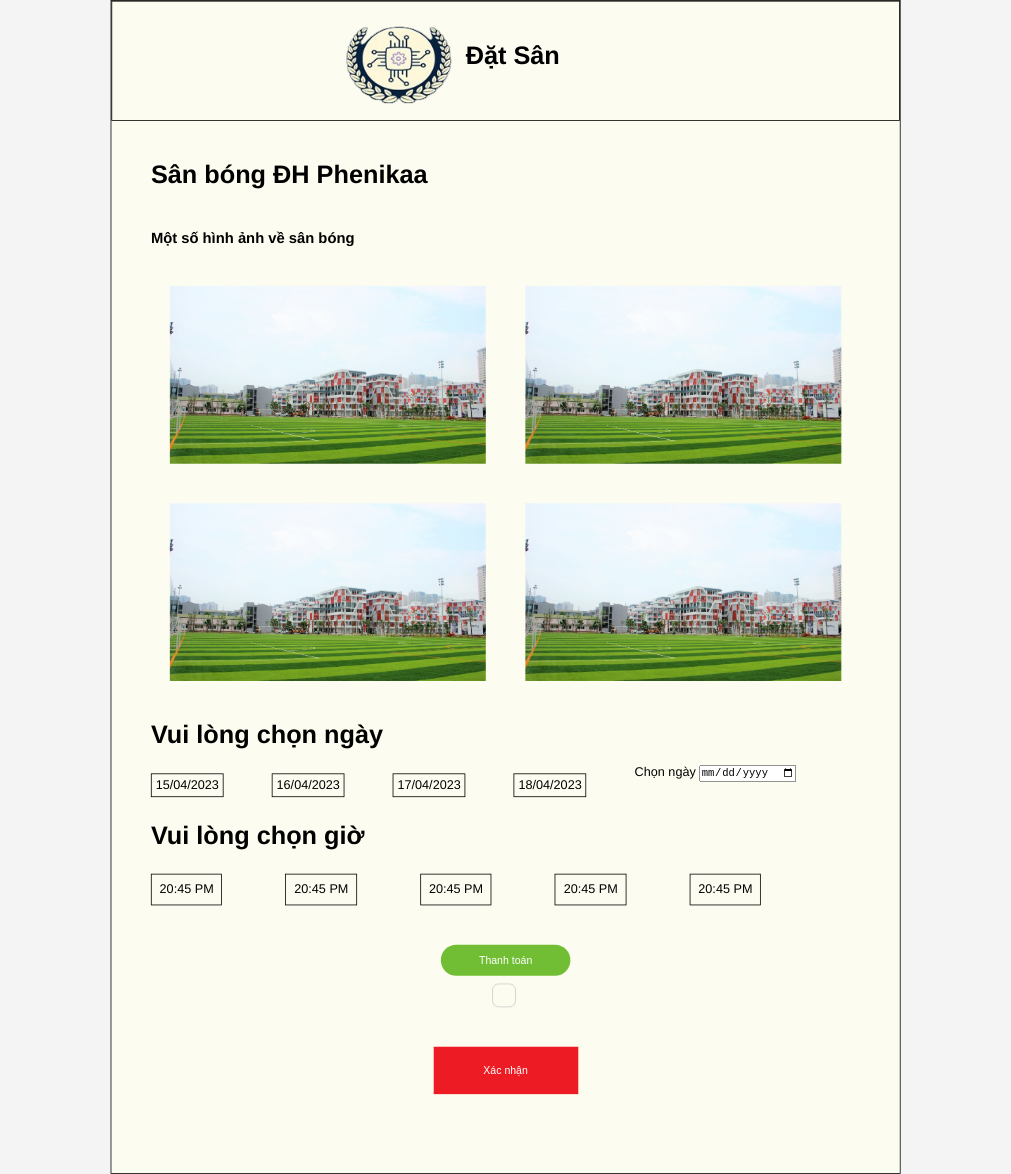
Repository: tus3300/BTL
Page: code/tacket.html
These files come from the project's save history. The page is drawn as it stood at one moment and after a run of saves; the edit follows.
The browser window is 1280 px wide. The pictures show the whole page, at 79% of full size.
The pointer rests on the first visible `.check-ticket button`.

Above is the page before, as saved 2023-05-21 00:24:41.

### code/tacket.html
<div class="tacket">

    <link href="https://cdnjs.cloudflare.com/ajax/libs/font-awesome/5.15.0/css/all.min.css" rel="stylesheet">
    <link href="lib/owlcarousel/assets/owl.carousel.min.css" rel="stylesheet">
    <link rel="stylesheet" href="css/test.css">
    <link rel="preconnect" href="https://fonts.gstatic.com">
    <link href="https://fonts.googleapis.com/css2?family=Roboto:wght@300;400;500;700;900&display=swap" rel="stylesheet">
    <div class="head-tacket">
        <img src="./img/logo.png" alt="" class="">
        <h1 class="">Đặt Sân</h1>
    </div>
    <div class="main-tacket">
      <div id="toast"></div>
        <div class="head-main-tacket">
            <h1 class="">Sân bóng ĐH Phenikaa</h1>
            <h3 class="">Một số hình ảnh về sân bóng</h3>
            <div class="main-tacket-img">
                <img src="./img/news-500x280-4.jpg" alt="" class="">
                <img src="./img/news-500x280-4.jpg" alt="" class="">
                <img src="./img/news-500x280-4.jpg" alt="" class="">
                <img src="./img/news-500x280-4.jpg" alt="" class="">
            </div>
        </div>
        <div class="main-main-tacket">
            <div class="day-main-ticket">
                <h1 class="h1-main-tacket">Vui lòng chọn ngày</h1>
                <div class="round-ul">
                    <ul class="ul-day-tacket">
                        <li class="li-tacket">
                            <div class="item-tacket">
                                15/04/2023
                            </div>
                        </li>
                        <li class="li-tacket">
                            <div class="item-tacket">
                                16/04/2023
                            </div>
                        </li>
                        <li class="li-tacket">
                            <div class="item-tacket">
                                17/04/2023
                            </div>
                        </li>
                        <li class="li-tacket">
                            <div class="item-tacket">
                                18/04/2023
                            </div>
                        </li>

                        <div class="datepicker">
                            <label for="dateofbirth">Chọn ngày</label>
                            <input type="date" name="dateofbirth" id="dateofbirth">
                        </div>
                    </ul>
                </div>
            </div>

            <div class="hour-main-ticket">
                <h1 class="h1-main-tacket">Vui lòng chọn giờ</h1>
                <ul class="ul-hour-ticket">
                    <li class="li-hour-ticket">
                        <div class="hour-ticket">20:45 PM</div>
                    </li>
                    <li class="li-hour-ticket">
                        <div class="hour-ticket">20:45 PM</div>
                    </li>
                    <li class="li-hour-ticket">
                        <div class="hour-ticket">20:45 PM</div>
                    </li>
                    <li class="li-hour-ticket">
                        <div class="hour-ticket">20:45 PM</div>
                    </li>
                    <li class="li-hour-ticket">
                        <div class="hour-ticket">20:45 PM</div>
                    </li>
                </ul>
            </div>
        </div>
    </div>

    <div class="foot-ticket">
        <div class="bill-ticket">
           <div onclick="showSuccessToast();" class="btn btn--success"><button>Thanh toán</button></div>
        </div>
        <div class="check-bill">
            <style>
              .checkbox-style {
                display: inline-flex;
                align-items: center;
                gap: 10px;
                cursor: pointer;
                display: flex;
                justify-content: center;
                align-items: center;
                margin-top: 10px;
                margin-left: 5px;
              }
              .checkbox-label {
                cursor: pointer;
              }
              .checkbox-style input {
                display: none;
              }
              .checkbox-box {
                width: 30px;
                height: 30px;
                border: 1px solid #ccc;
                border-radius: 8px;
                padding: 5px;
                color: transparent;
                transition: all 0.2s linear;
              }
              .checkbox-input:checked + .checkbox-box {
                background-color: #6a5af9;
                border-color: #6a5af9;
                color: white;
              }
            </style>
            <label for="checkbox" class="checkbox-style">
              <input
                type="checkbox"
                name="evondev"
                id="checkbox"
                class="checkbox-input"
              />
              <div class="checkbox-box">
                <svg
                  xmlns="http://www.w3.org/2000/svg"
                  class="h-5 w-5"
                  viewBox="0 0 20 20"
                  fill="currentColor"
                >
                  <path
                    fill-rule="evenodd"
                    d="M16.707 5.293a1 1 0 010 1.414l-8 8a1 1 0 01-1.414 0l-4-4a1 1 0 011.414-1.414L8 12.586l7.293-7.293a1 1 0 011.414 0z"
                    clip-rule="evenodd"
                  />
                </svg>
              </div>
              <label for="checkbox" class="checkbox-label"></label>
            </label>
        </div>
        <div class="check-ticket">
          <a href="" class=""><button>Xác nhận</button></a>
        </div>
    </div>


  <script src="js/test.js"></script>
</div>
<script src="js/date.js"></script>

### code/css/test.css
* {
  padding: 0;
  margin: 0;
  box-sizing: border-box;
}

body {
  height: 100vh;
  display: flex;
  flex-direction: column;
  font-family: "Helvetica Neue";
  background-color: #f4f4f5;
}

body > div {
  margin: auto;
}

/* ======= Buttons ======== */

/* Block */
.btn {
  display: inline-block;
  text-decoration: none;
  background-color: transparent;
  border: none;
  outline: none;
  color: #fff;
  padding: 12px 48px;
  border-radius: 50px;
  cursor: pointer;
  min-width: 120px;
  transition: opacity 0.2s ease;
}

/* Modifier */
.btn--size-l {
  padding: 16px 56px;
}

.btn--size-s {
  padding: 8px 32px;
}

.btn:hover {
  opacity: 0.8;
}

.btn + .btn {
  margin-left: 16px;
}

.btn--success {
  background-color: #71be34;
}

.btn--warn {
  background-color: #ffb702;
}

.btn--danger {
  background-color: #ff623d;
}

.btn--disabled {
  opacity: 0.5 !important;
  cursor: default;
}

/* ======= Toast message ======== */

#toast {
  position: fixed;
  top: 32px;
  right: 32px;
  z-index: 999999;
}

.toast {
  display: flex;
  align-items: center;
  background-color: #fff;
  border-radius: 2px;
  padding: 20px 0;
  min-width: 400px;
  max-width: 450px;
  border-left: 4px solid;
  box-shadow: 0 5px 8px rgba(0, 0, 0, 0.08);
  transition: all linear 0.3s;
}

@keyframes slideInLeft {
  from {
    opacity: 0;
    transform: translateX(calc(100% + 32px));
  }
  to {
    opacity: 1;
    transform: translateX(0);
  }
}

@keyframes fadeOut {
  to {
    opacity: 0;
  }
}

.toast--success {
  border-color: #47d864;
}

.toast--success .toast__icon {
  color: #47d864;
}

.toast--info {
  border-color: #2f86eb;
}

.toast--info .toast__icon {
  color: #2f86eb;
}

.toast--warning {
  border-color: #ffc021;
}

.toast--warning .toast__icon {
  color: #ffc021;
}

.toast--error {
  border-color: #ff623d;
}

.toast--error .toast__icon {
  color: #ff623d;
}

.toast + .toast {
  margin-top: 24px;
}

.toast__icon {
  font-size: 24px;
}

.toast__icon,
.toast__close {
  padding: 0 16px;
}

.toast__body {
  flex-grow: 1;
}

.toast__title {
  font-size: 16px;
  font-weight: 600;
  color: #333;
}

.toast__msg {
  font-size: 14px;
  color: #888;
  margin-top: 6px;
  line-height: 1.5;
}

.toast__close {
  font-size: 20px;
  color: rgba(0, 0, 0, 0.3);
  cursor: pointer;
}
.tacket {
  border:#000 solid 1px;
  width: 1000px;
  height: auto;
  margin: 0 auto;
  background: #fdfcf0;


}
.head-tacket{
  text-align: center;
  display: flex;
  justify-content: center;
  padding-right: 150px;
  border: #000 solid 1px;
}
.head-tacket h1 {
  justify-content: center;
  margin-top: 50px;
}

.main-tacket{
  margin-left: 50px;
}
.head-main-tacket  {
  margin-top: 50px;
}
.head-main-tacket h4{
  font: 1em sans-serif;
}
.head-main-tacket h3{
  margin-top: 50px;
}
.main-tacket-img {
  display: flex;
  flex-wrap: wrap;
  justify-content: center;
  align-items: center;
  margin-bottom: 50px;
}
.main-tacket-img img{
  width: 400px;
  display: flex;
  margin-top: 50px;
  margin-right: 50px;
}
.ul-day-tacket{
  display: flex;
  align-items: center;
}
.li-tacket{
  margin-right: 50px;
  list-style: none;
  float: left;
}
.round-ul {
  margin-top: 30px;
  margin-bottom: 30px;
}
.item-tacket{
  display:block;
  border: 1px solid #000;
  padding:5px;
  margin-right: 11px;
  z-index: 2;
}
.item-tacket:hover,
.hour-ticket:hover{
  background-color: #ED1C24;
  color:#fff;
  cursor: pointer;
}
.item-tacket.active,
.hour-ticket.active{
  background-color: #ED1C24;
  color:#fff;
}
.datepicker{
  margin-top: -30px;
  margin-right: 20px;
}
.ul-hour-ticket{
  display:flex;
  margin-top: 30px;
}
.li-hour-ticket {
  display: flex;
  justify-content: center;
  align-items: center;
  margin-right: 80px;

  border: 1px solid #000;
}
.hour-ticket{
  padding: 10px;
}
.li-hour-ticket:hover {
  background-color: #ED1C24;
  text-decoration: none;
  color:#fff;
}
.bill-ticket{
  display:flex;
  justify-content: center;
  align-items: center;
  margin-top: 50px;
}
.bill-ticket button{
  background-color: #71be34;
  border:none;
  color:white;
}

.check-ticket button{
  border: 1px solid #000;
  background-color: #71be34;
  border:none;
  color:white;

}
.check-ticket{
  display:flex;
  justify-content: center;
  align-items: center;
  margin-top: 50px;
  margin-bottom: 100px;

}
.check-ticket button:hover {
  background-color: #ED1C24;
  text-decoration: none;
  color:#fff;
}
.check-ticket button{
  width: 183px;
  height: 60px;
}

### code/js/test.js

  // Toast function
function toast({ title = "", message = "", type = "info", duration = 5000 }) {
  const main = document.getElementById("toast");
  if (main) {
    const toast = document.createElement("div");

    // Auto remove toast
    const autoRemoveId = setTimeout(function () {
      main.removeChild(toast);
    }, duration + 2000);

    // Remove toast when clicked
    toast.onclick = function (e) {
      if (e.target.closest(".toast__close")) {
        main.removeChild(toast);
        clearTimeout(autoRemoveId);
      }
    };

    const icons = {
      success: "fas fa-check-circle",
      info: "fas fa-info-circle",
      warning: "fas fa-exclamation-circle",
      error: "fas fa-exclamation-circle"
    };
    const icon = icons[type];
    const delay = (duration / 1000).toFixed(2);

    toast.classList.add("toast", `toast--${type}`);
    toast.style.animation = `slideInLeft ease .3s, fadeOut linear 1s ${delay}s forwards`;

    toast.innerHTML = `
                    <div class="toast__icon">
                        <i class="${icon}"></i>
                    </div>
                    <div class="toast__body">
                        <h3 class="toast__title">${title}</h3>
                        <p class="toast__msg">${message}</p>
                    </div>
                    <div class="toast__close">
                        <i class="fas fa-times"></i>
                    </div>
                `;
    main.appendChild(toast);
  }
}
function showSuccessToast() {
  toast({
    title: "Thành công!",
    message: "Bạn đã đăng ký thành công tài khoản tại F8.",
    type: "success",
    duration: 5000
  });
}

function showErrorToast() {
  toast({
    title: "Thất bại!",
    message: "Có lỗi xảy ra, vui lòng liên hệ quản trị viên.",
    type: "error",
    duration: 5000
  });
}

### code/js/date.js
const itemTacket = document.querySelectorAll('.item-tacket');

itemTacket.forEach((item) => {
    item.addEventListener("click" ,function(event){
        itemTacket.forEach((el) => el.classList.remove('active'));
        event.target.classList.add('active')
    })
})


const hourticket = document.querySelectorAll('.hour-ticket');

hourticket.forEach((item) => {
    item.addEventListener("click" ,function(event){
        hourticket.forEach((el) => el.classList.remove('active'));
        event.target.classList.add('active')
    })
})

Loaded but not shown: code/lib/owlcarousel/assets/owl.carousel.min.css (common file)

After the next 2 saves:
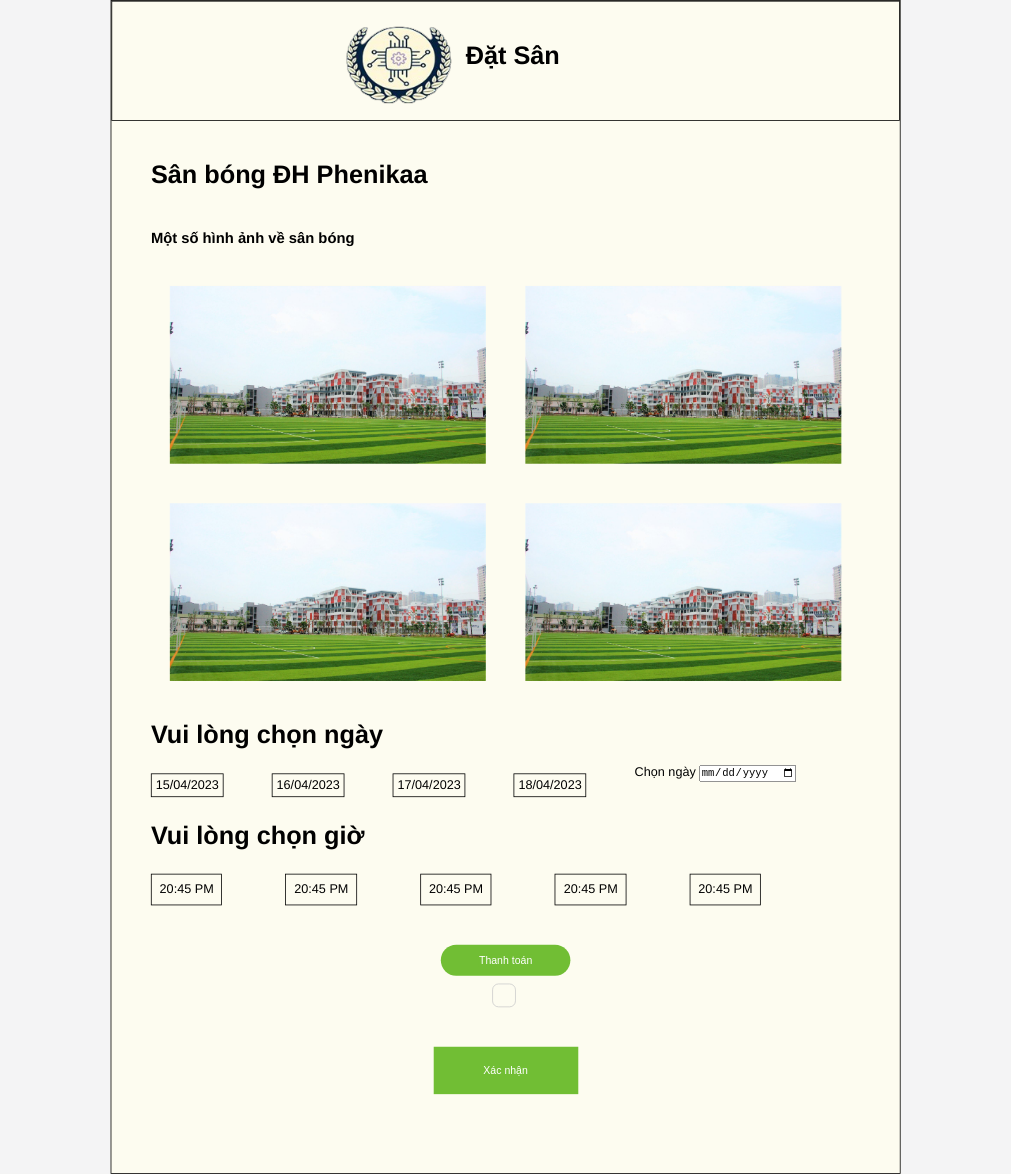
The 2 saves are shown as one change because they came seconds apart.
The last was saved 13 s later.
--- a/code/css/test.css
+++ b/code/css/test.css
@@ -301,11 +301,8 @@
   margin-bottom: 100px;
 
 }
-.check-ticket button:hover {
-  background-color: #ED1C24;
-  text-decoration: none;
-  color:#fff;
-}
+
+
 .check-ticket button{
   width: 183px;
   height: 60px;

After the save that followed:
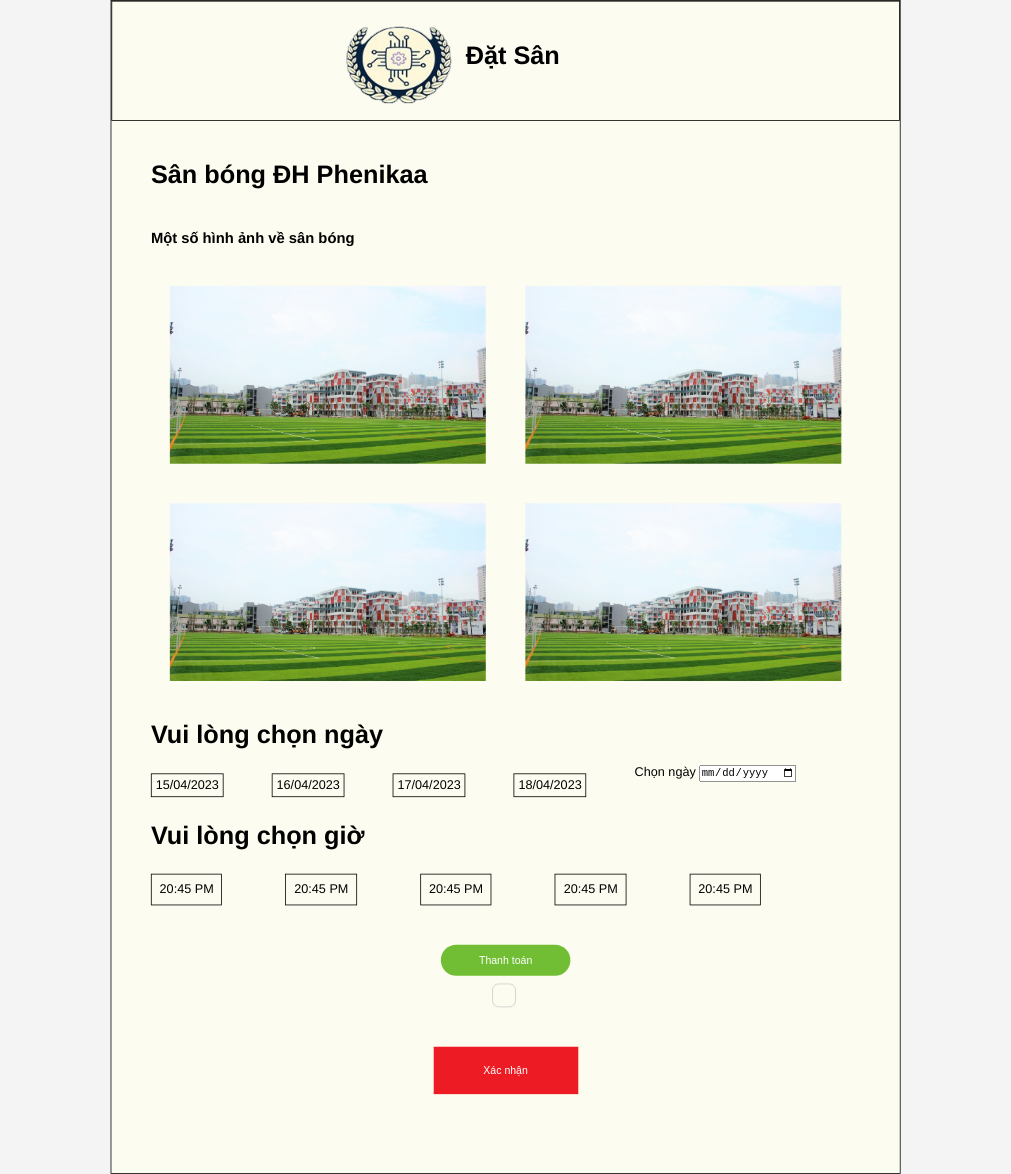
Saved 12 s later.
--- a/code/css/test.css
+++ b/code/css/test.css
@@ -301,8 +301,11 @@
   margin-bottom: 100px;
 
 }
-
-
+.check-ticket button:hover {
+  background-color: #ED1C24;
+  text-decoration: none;
+  color:#fff;
+}
 .check-ticket button{
   width: 183px;
   height: 60px;
